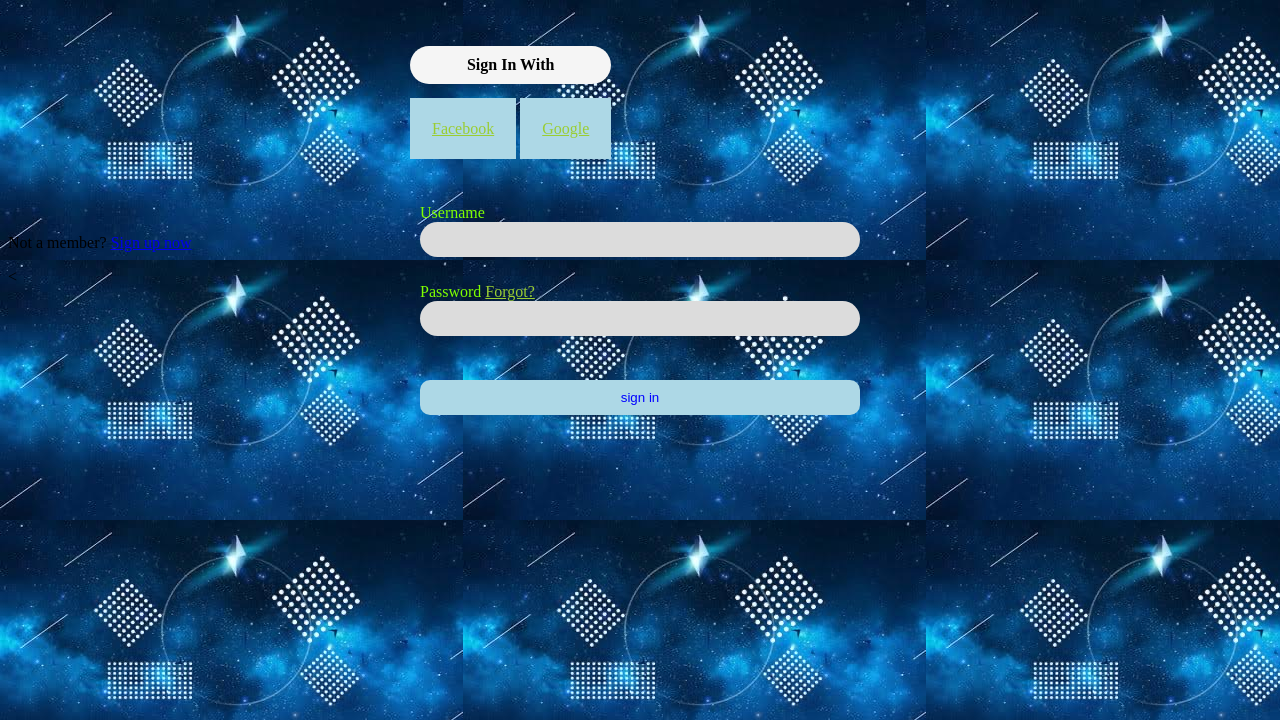
Repository: Tobby004/bdc-assignment-2
Page: index.html
These files come from the project's save history. The page is drawn as it stood at one moment and after the next save; the edit follows.
The browser window is 1280 px wide. The pictures show the whole page.

Above is the page before, as saved 2023-02-11 07:58:05.

After the next save:
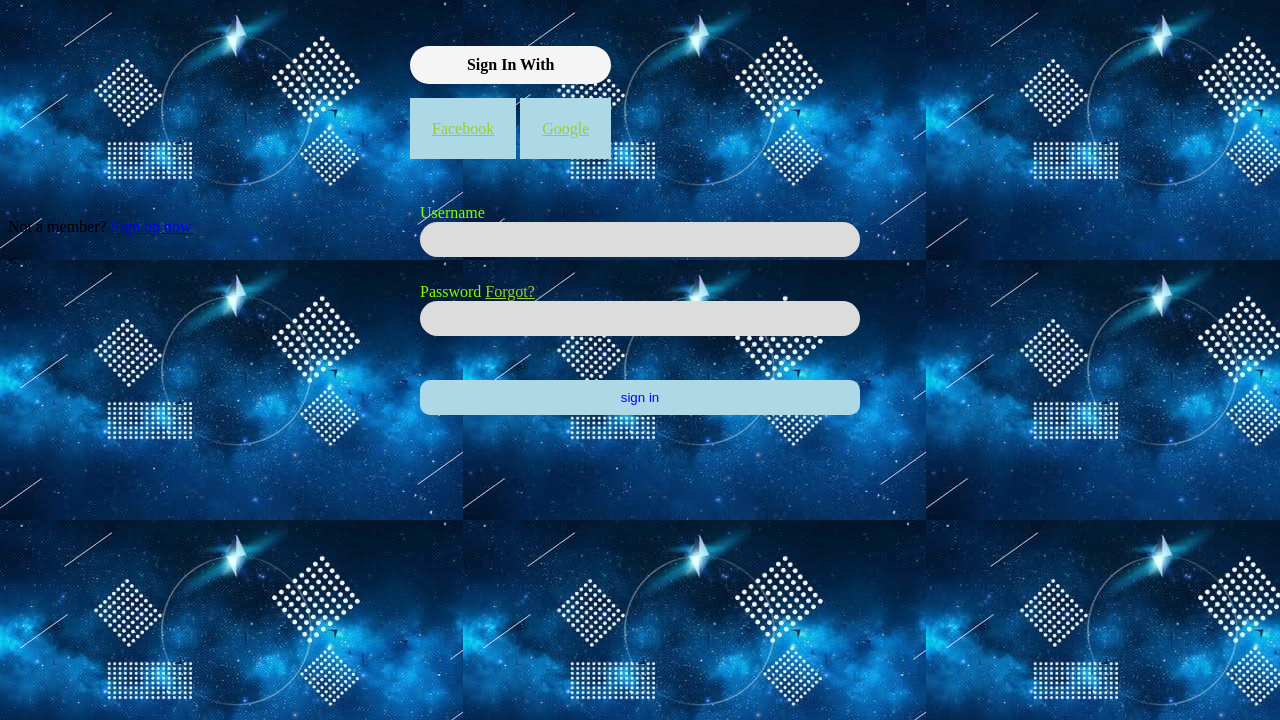
Saved 40 s later.
--- a/index.html
+++ b/index.html
@@ -41,7 +41,7 @@
          <button>sign in</button>
         </div>
         <nav>
-        <p>Not a member?
+        Not a member?
             <a href="#">Sign up now</a>
         </p>
         </nav>

After the save that followed:
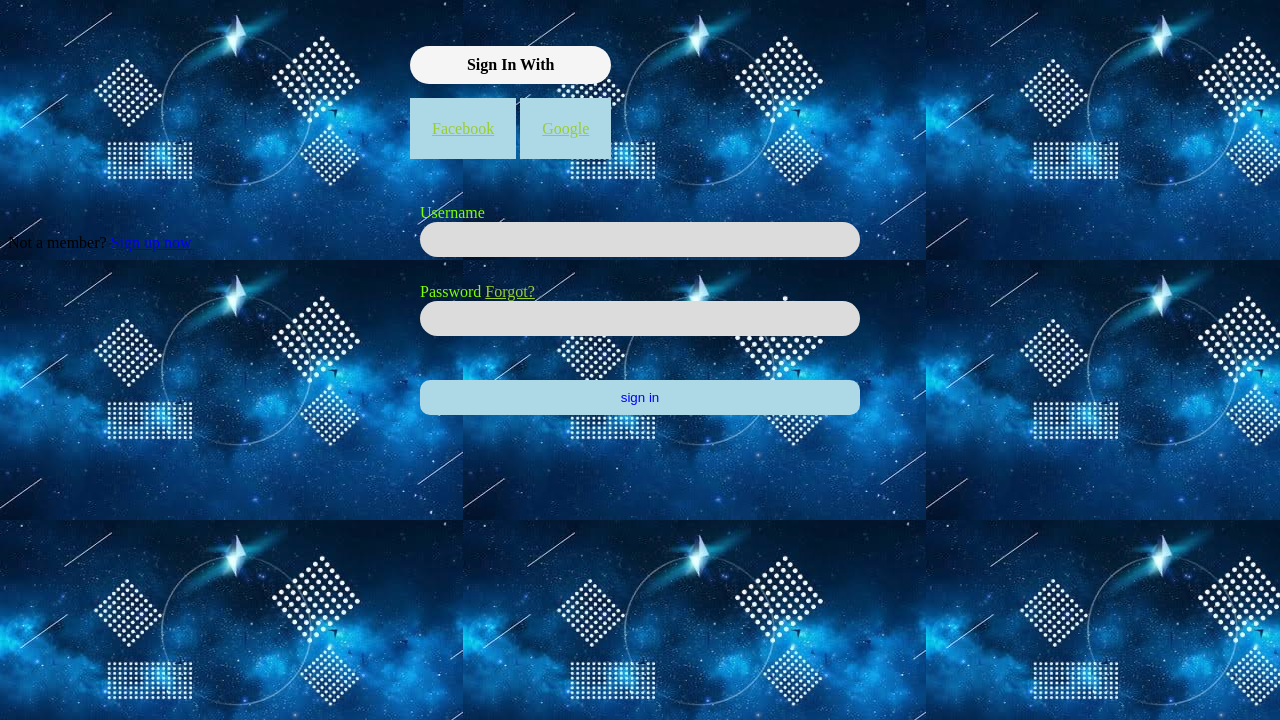
Saved 3 min 29 s later.
--- a/index.html
+++ b/index.html
@@ -40,11 +40,10 @@
          <br>
          <button>sign in</button>
         </div>
-        <nav>
+        <P>
         Not a member?
             <a href="#">Sign up now</a>
         </p>
-        </nav>
-       <
+
 </body>
 </html>
--- a/task.css
+++ b/task.css
@@ -11,7 +11,7 @@ header{
     border: none;
 }
 body{
-    background-image: url(image/IMG100.JPG);
+    background-image: url(image/IMG100.JPG)
 }
 header b {
     background-color:whitesmoke ;
